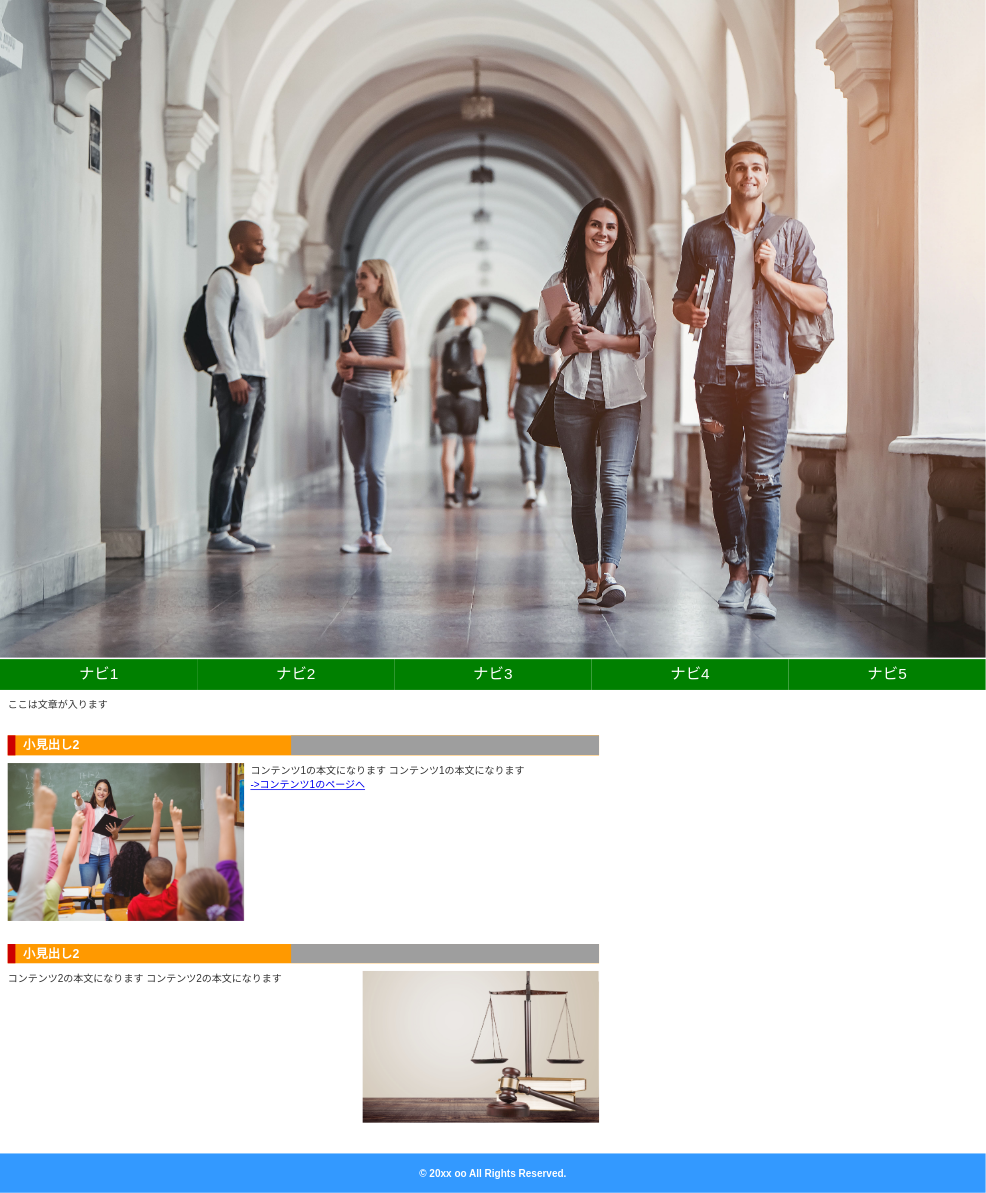
Repository: Kazumi-pro/samurai-HTML-CSS
Page: home.html
The author's editor kept a record of every edit. The page is drawn from the files as they stood at one moment, then again after the next edit.
The browser window is 1280 px wide. The pictures show the whole page, at 77% of full size.
Pictures or frames that could not be fetched are drawn as grey boxes.

Above is the page before.

### home.html
<!DOCTYPE html>
<html lang="ja">

<head>

    <meta charset="UTF-8">
    <title>HTML/CSSの学習</title>
    <link rel="stylesheet" href="stylesheet.css">
</head>

<body>
    <div id="header">
        <h1><a href="index.html"><img id="corridor" src="images/corridor.jpg" alt="大学の廊下" /></a></h1>

    </div>
    <div id="wrapper">
        <div id="nav">
            <ul>
                <li><a href="home.html">ナビ1</a></li>
                <li><a href="#">ナビ2</a></li>
                <li><a href="#">ナビ3</a></li>
                <li><a href="#">ナビ4</a></li>
                <li><a href="#">ナビ5</a></li>
            </ul>
        </div>
        <div id="container">
            <div id="main">
                <div class="post">
                    <p>ここは文章が入ります</p>
                </div>
                <div class="post clearfix">
                    <h2>小見出し2</h2>
                    <img class="left" src="images/classroom.jpg" alt="授業風景" />
                    <p>
                        コンテンツ1の本文になります
                        コンテンツ1の本文になります
                    </p>
                    <p><a href="#">->コンテンツ1のページへ</a></p>
                </div>
                <div class="post clearfix">
                    <h2>小見出し2</h2>
                    <img class="right" src="images/scale.jpg" alt="天秤" />
                    <p>
                        コンテンツ2の本文になります
                        コンテンツ2の本文になります
                    </p>
                </div>
            </div>
        </div>
    </div>
    <div id="footer">
        <p>&copy; 20xx oo All Rights Reserved.</p>
    </div>
  </body>

</html>

### stylesheet.css
@charset"utf-8";

body {
	margin: 0;
	padding: 0;
	font-family: "ヒラギノ角ゴ Pro W3", "Hiragino Kaku Gothic Pro", "メイリオ", Meiryo, Osaka, "ＭＳ Ｐゴシック", "MS PGothic", sans-serif;
	color: #333;
	font-size: 13px;
	line-height: 150%;
}

/* -------------------- wrapper -------------------- */
#wrapper {
    width: 100%;
    margin: auto;
    padding: 0px;
    border: 0px;
    background-color: #FFF;
    top: 10px;
}
/*----------------header------------*/
#header {
    width: 100%;
}
#header h1 {
    margin: 0;
    padding: 0;
}
#corridor {
    width: 100%;
    height: auto;
}

/*------------footer--------------*/
#footer {
    clear: both;
    width: 100%;
    padding: 3px 0 3px 0;
    background: #39F;
    color: #FFF;
    font-weight: bold;
    text-align: center;
}

/*------------nav-----------------*/
#nav {
    width: 100%;
}
#nav ul {
    margin: 0;
    padding: 0;
    list-style-type: none;
}
#nav ul li {
    float: left;
    width: 20%;
    text-align: center;
}
#nav ul li a {
    display: block;
    height: 20px;
    margin: 0;
    padding: 10px;
    color: #FFF;
    font-size: 20px;
    text-decoration: none;
    background-color: green;
}

#nav ul li a:hover {
    filter: drop-shadow(10px 10px 10px black);
}

/*-------------container-------------*/
#conttainer {
    width: 100%;
    margin: auto;
    padding: auto;
    padding-top: 20px;
    clear: both;
}
/*------------main---------------*/
#main {
    float: left;
    width: 60%;
    padding: 10px 30px 10px 10px;
}
#main h2 {
    margin: 0 0 10px 0;
    padding: 3px 10px 3px 10px;
    color: #FFF;
    font-size: 16px;
    border-left: solid 10px #C00;
    background: #F90 url(../images/main_h2.jpg) right top repeat-y;

}
#main p {
    margin: 0;
    padding: 0;
}
#main .post {
    margin: 0 0 30px 0;
}

#main .post img.right {
    margin: 0 0 0 8px;
}
#main .post img.left {
    margin: 0 8px 0 0;
}

.right {
    float: right;
    width: 40%;
    height: auto;
}
.left {
    float: left;
    width: 40%;
    height: auto;
}

/*---------------clearfix-----------*/
.clearfix {
    zoom: 1;
}
.clearfix:after{
    content: "";
    display: block;
    clear: both;
}

/*------------side----------------*/
#side {
    float: right;
    width: 30%;
    padding: 20px;
    background-color: #F99;
}
#side .box {
    margin: 0 auto 30px auto;
    padding: 0 0 20px 0;
    background: url(images/side_box.png) bottom no-repeat;

}
#side .box h2 {
    margin: 0;
    padding: 8px;
    text-align: center;
    color: #fff;
    font-size: 16px;
    line-height: 16px;
    font-weight: normal;
    background: url(images/side_box_h2.png) center no-repeat;

}
#side .box .boxBody {
    padding: 8px;
    border-right: solid 1px #C36;
    border-bottom: solid 1px #C36;
    border-left: solid 1px #C36;
    background: #fff;
}
#side .box .boxBody ul {
    margin: 0 0 16px 0;
    padding: 0;
}
#side .box .boxBody ul li {
    padding: 8px 0 8px 4px;
    list-style: none;
    border-bottom: solid 1px #C36;
}

After the next edit:
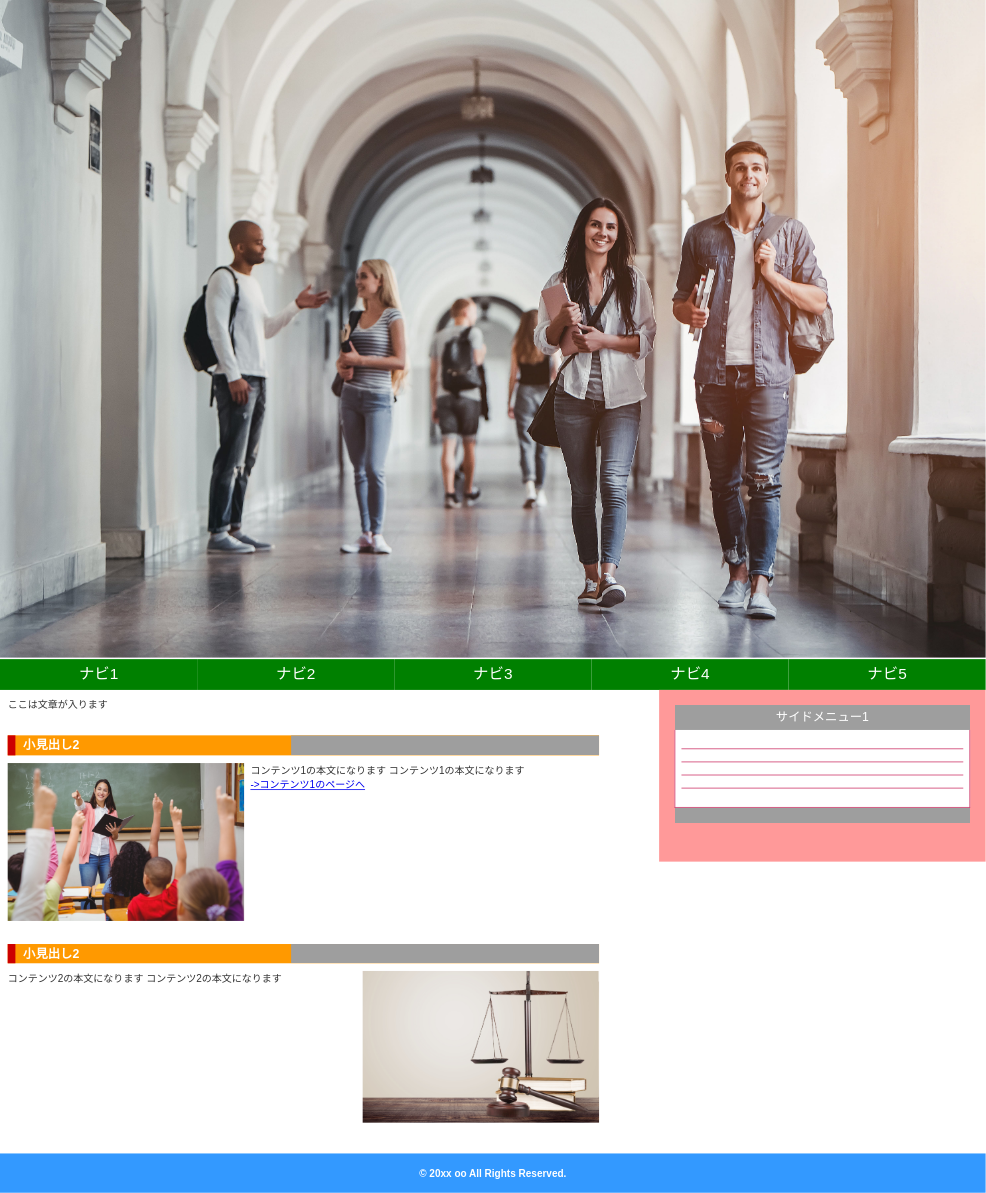
The edit:
--- a/home.html
+++ b/home.html
@@ -47,6 +47,19 @@
                 </div>
             </div>
         </div>
+            <div id="side">
+                <div class="box">
+                    <h2>サイドメニュー1</h2>
+                    <div class="boxBody">
+                        <ul>
+                            <li></li>
+                            <li></li>
+                            <li></li>
+                            <li></li>
+                        </ul>
+                    </div>
+                </div>
+            </div>
     </div>
     <div id="footer">
         <p>&copy; 20xx oo All Rights Reserved.</p>
